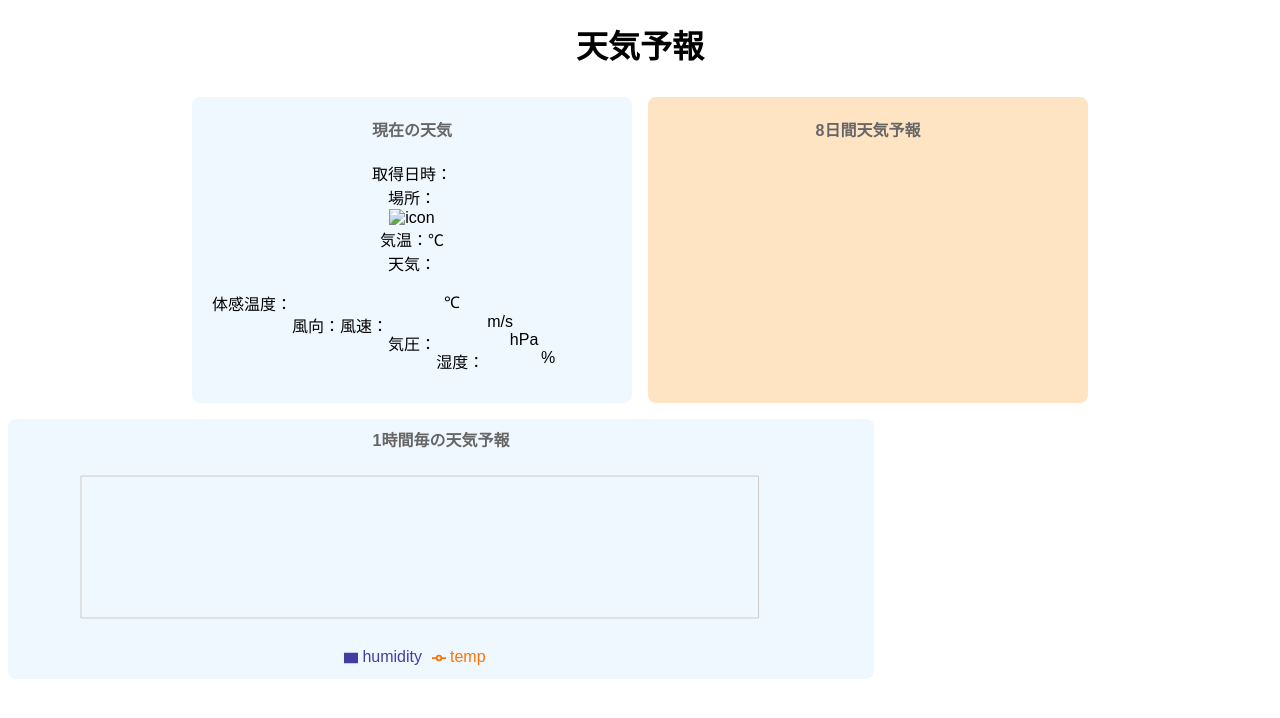
Repository: IshigureTomoki/weather-app
Page: /
The author's editor kept a copy of each file at every save. The page is drawn from the files as they stood at one save, then again after the next save.
The browser window is 1280 px wide. The pictures show the whole page.
The page's requests for data from a server got no answer. The project was rebuilt for these pictures with package versions that can differ from the ones it lists, and the page was loaded fresh each time. No one was signed in, and anything a server would have sent is missing.

Above is the page before, as saved 2022-02-25 14:45:41.

### src/App.tsx
import axios from "axios";
import { report } from "process";
import React, { useEffect, useState } from "react";
import { convertTypeAcquisitionFromJson } from "typescript";
import "./App.css";
import { LinePlot } from "./components/LinePlot";

function App() {
  useEffect(() => {
    wetherOneCall();
  }, []);

  type weatherReportType = {
    time: string;
    timezone: string;
    temp: string;
    feels_like: string;
    wind_deg: string;
    wind_speed: string;
    pressure: string;
    humidity: string;
    weatherDescription: string;
    weatherIcon: string;
  };

  type weatherDailyReportsType = {
    dt: number;
    temp: {
      max: string;
      min: string;
    };
    weather: [
      {
        description: string;
        icon: string;
        id: string;
        main: string;
      }
    ];
  };

  type weatherHourlyReportsType = {
    time: string;
    temp: string;
    humidity: string;
  };

  const [weatherReport, setWeatherReport] = useState<weatherReportType>();
  const [weatherDailyReports, setWeatherDailyReports] = useState<
    weatherDailyReportsType[]
  >([]);

  const [weatherHourlyReports, setWeatherHourlyReports] = useState<
    weatherHourlyReportsType[]
  >([]);
  const [serchCity, setSearchCity] = useState("");

  const time = (dt: number) => {
    const srTime = new Date(dt * 1000);
    const time = srTime.toLocaleTimeString();
    return `${time}`;
  };

  const hour = (dt: number) => {
    const srTime = new Date(dt * 1000);
    const hour = srTime.getHours();
    return `${hour}`;
  };

  const mday = (dt: number) => {
    const srTime = new Date(dt * 1000);
    const day = srTime.toLocaleDateString();
    return `${day}`;
  };

  const date = (dt: number) => {
    const srTime = new Date(dt * 1000);
    const date = srTime.getDate();
    return `${date}`;
  };

  const dayOfWeekStr = (dt: number) => {
    const srTime = new Date(dt * 1000);
    const day = srTime.getDay();
    const dayOfWeekStrJP = ["日", "月", "火", "水", "木", "金", "土"];
    return `(${dayOfWeekStrJP[day]})`;
  };

  const wetherOneCall = async () => {
    await axios
      .get(
        "https://api.openweathermap.org/data/2.5/onecall?lat=35.690&lon=139.692&lang=ja&units=metric&appid=ff86fbdda3c22e95ce0071f6a7826f6c"
      )
      .then((res) => {
        console.log(res);

        const get_wind_deg = (wind_deg: number) => {
          let r = "北↓";
          if (wind_deg >= 11.25) r = "北北東";
          if (wind_deg >= 33.75) r = "北東↙︎";
          if (wind_deg >= 56.25) r = "東北東";
          if (wind_deg >= 78.75) r = "東←";
          if (wind_deg >= 101.25) r = "東南東";
          if (wind_deg >= 123.75) r = "南東↖︎";
          if (wind_deg >= 146.25) r = "南南東";
          if (wind_deg >= 168.75) r = "南↑";
          if (wind_deg >= 191.25) r = "南南西";
          if (wind_deg >= 213.75) r = "南西↗︎";
          if (wind_deg >= 236.25) r = "西南西";
          if (wind_deg >= 258.75) r = "西→";
          if (wind_deg >= 281.25) r = "西北西";
          if (wind_deg >= 303.75) r = "北西↘︎";
          if (wind_deg >= 326.25) r = "北北西";
          return r;
        };

        const report = {
          time: `${mday(res.data.current.dt)} ${time(res.data.current.dt)}`,
          timezone: res.data.timezone,
          temp: res.data.current.temp,
          feels_like: res.data.current.feels_like,
          wind_deg: get_wind_deg(res.data.current.wind_deg),
          wind_speed: res.data.current.wind_speed,
          pressure: res.data.current.pressure,
          humidity: res.data.current.humidity,
          weatherDescription: res.data.current.weather[0].description,
          weatherIcon: `http://openweathermap.org/img/wn/${res.data.current.weather[0].icon}@2x.png`,
        };

        const hourlyreports = res.data.hourly.map(
          (hourly: any, index: number) => {
            return {
              time: hour(hourly.dt),
              temp: hourly.temp,
              humidity: hourly.humidity,
            };
          }
        );

        hourlyreports.length = 24;

        console.log(report);
        setWeatherReport(report);
        setWeatherDailyReports(res.data.daily);
        console.log(hourlyreports);
        setWeatherHourlyReports(hourlyreports);
      });
  };
  return (
    <>
      <div className="App">
        <h1>天気予報</h1>
        <div className="upper">
          <div className="now-area">
            <div className="title">現在の天気</div>
            <div>取得日時：{weatherReport?.time}</div>
            <div>場所：{weatherReport?.timezone}</div>
            <div>
              <img src={weatherReport?.weatherIcon} alt="icon"
                      width={120}/>
            </div>
            <div>気温：{weatherReport?.temp}℃</div>
            <div>天気：{weatherReport?.weatherDescription}</div>
            <dl>
              <dt>体感温度</dt>
              <dd>{weatherReport?.feels_like}℃</dd>
              <dt>風向</dt>
              <dd>{weatherReport?.wind_deg}</dd>
              <dt>風速</dt>
              <dd>{weatherReport?.wind_speed}m/s</dd>
              <dt>気圧</dt>
              <dd>{weatherReport?.pressure}hPa</dd>
              <dt>湿度</dt>
              <dd>{weatherReport?.humidity}%</dd>
            </dl>
          </div>

          <div className="dayly-area">
            <div className="title">8日間天気予報</div>

            {weatherDailyReports.map((report) => (
              <>
                <div className="dayly">
                  <div className="daylyd">
                    {date(report.dt)}
                    {dayOfWeekStr(report.dt)}
                  </div>
                  <div className="daylyi">
                    <img
                      src={`http://openweathermap.org/img/wn/${report.weather[0].icon}@2x.png`}
                      alt="icon"
                      width={40}
                    />
                  </div>
                  <div className="daylyde">{report.weather[0].description}</div>
                  <div className="daylym">
                    {report.temp.max}/{report.temp.min}℃
                  </div>
                </div>
              </>
            ))}
          </div>
        </div>

        <div className="hourly-area">
          <div className="title">1時間毎の天気予報</div>
          <LinePlot data={weatherHourlyReports} />
        </div>
      </div>
    </>
  );
}

export default App;

### src/App.css
body {
  font-family: sans-serif;
}

.App{
  text-align: center;
}

.upper{
  display: flex;
  justify-content: center;
}
.now-area {
  text-align: center;
  background-color: aliceblue;
  width: 400px;
  padding: 20px;
  margin: 8px;
  border-radius: 8px;
}

dt {
  float: left;
}

dt::after {
  content: "：";
}

.dayly-area {
  text-align: center;
  background-color: bisque;
  width: 400px;
  padding: 20px;
  margin: 8px;
  border-radius: 8px;
}

.dayly {
  display: flex;
}

.daylyd {
  width:60px
}

.daylyi {
  width:90px
}

.daylym {
  width:150px
}

.daylyde {
  width:100px
}

.hourly-area {
  background-color: aliceblue;
  width: 850px;
  padding: 8px;
  margin: 8px;
  border-radius: 8px;
}
.title {
  text-align: center;
  margin: 0px 0px 20px 0px;
  font-weight: bold;
  color: #666;
}

### src/components/LinePlot.tsx
import {
  Line,
  CartesianGrid,
  XAxis,
  YAxis,
  Tooltip,
  Bar,
  ComposedChart,
  ResponsiveContainer,
  Legend,
} from "recharts";

export const LinePlot = (props: any) => {
  const data = props.data;
  // const data = [
  //   { time: "15", temp: 8.67, humidity: 5 },
  //   { time: "16", temp: 8.87, humidity: 24 },
  //   { time: "17", temp: 8.61, humidity: 25 },
  //   { time: "18", temp: 8.26, humidity: 26 },
  //   { time: "19", temp: 6.67, humidity: 60 },
  //   { time: "20", temp: 5.31, humidity: 68 },
  //   { time: "21", temp: 3.73, humidity: 10 },
  //   { time: "22", temp: 3.32, humidity: 22 },
  // ];
  console.log(data);
  return (
    <ResponsiveContainer width="95%" height={200}>
      <ComposedChart  data={data}>
        <Bar
          yAxisId={2}
          dataKey="humidity"
          barSize={15}
          fill="#413ea0"
          label={{ fill: "white", fontSize: 10 }}
        />
        <Line yAxisId={1} type="monotone" dataKey="temp" stroke="#ff7300" />
        <CartesianGrid stroke="#ccc" />
        <XAxis dataKey="time" label={{ value: "時刻", dx: 5 }} />
        <YAxis yAxisId={1} tickCount={8} unit="℃" label={{ value: "気温" }} />
        <YAxis
          yAxisId={2}
          tickCount={8}
          unit="%"
          label={{ value: "降水確率", dx: 5 }}
          orientation="right"
        />
        <Legend />
        <Tooltip />
      </ComposedChart>
    </ResponsiveContainer>
  );
};

Loaded but not shown: public/index.html (common file); src/index.tsx (common file); src/index.css (common file); src/reportWebVitals.ts (common file)

After the next save:
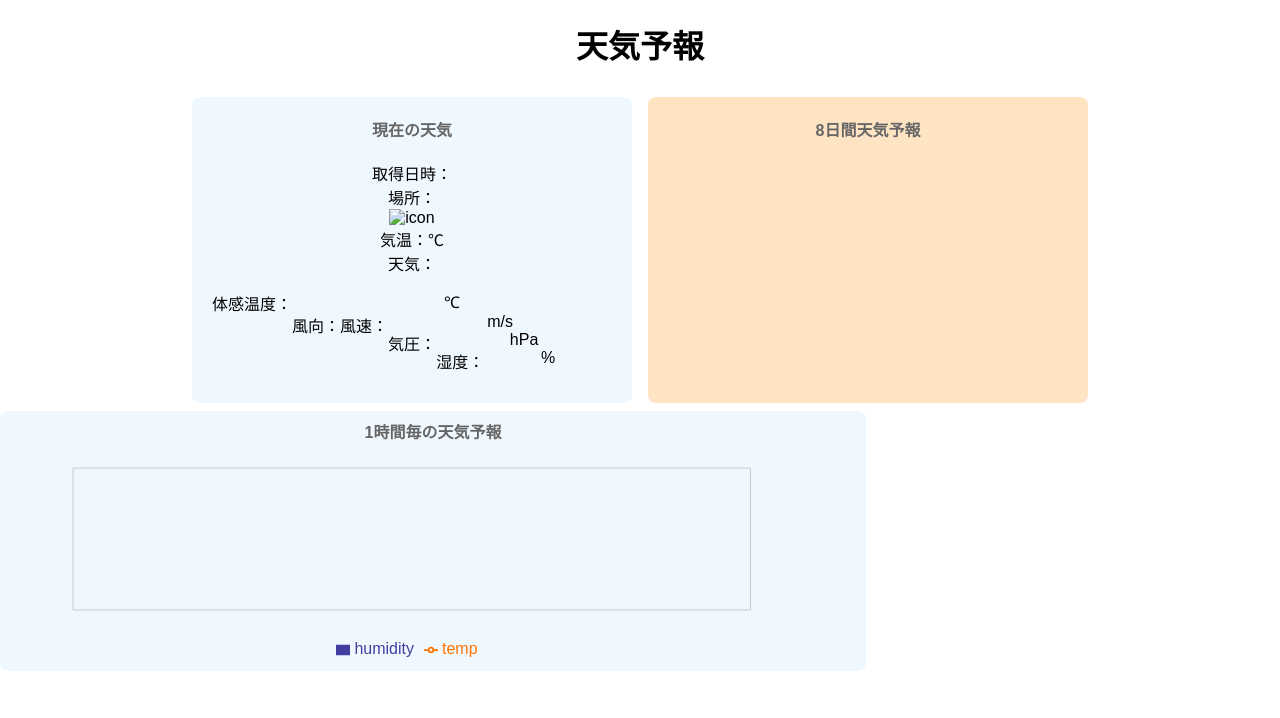
Saved 17 s later.
--- a/src/App.css
+++ b/src/App.css
@@ -60,7 +60,7 @@ dt::after {
   background-color: aliceblue;
   width: 850px;
   padding: 8px;
-  margin: 8px;
+  margin: 0px;
   border-radius: 8px;
 }
 .title {
